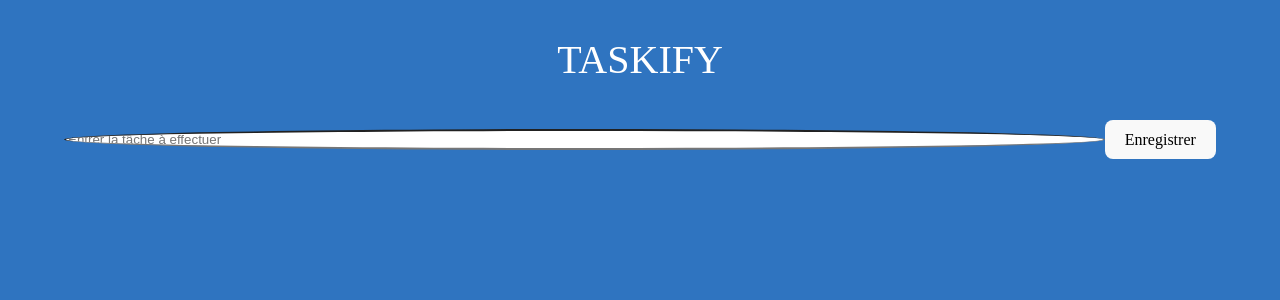
Repository: abdoulkarim20/react-ts-training
Page: /
These files come from the project's save history. The page is drawn as it stood at one moment and after the next save; the edit follows.
The browser window is 1280 px wide. The pictures show the whole page.
Some web fonts or font styles are not loaded; a fallback is used. The project was rebuilt for these pictures with package versions that can differ from the ones it lists, and the page was loaded fresh each time. Also part of the build but not shown: vite.config.ts.

Above is the page before, as saved 2024-01-23 00:04:49.

### src/App.tsx
import './App.css'
import InputField from './components/InputField'

function App() {
  return (
    <div className='App'>
      <span className='Heading'>Taskify</span>
      <InputField />
    </div>
  )
}

export default App

### src/App.css
@import url('https://fonts.googleapis.com/css2?family=Neucha&display=swap');

/* * {
  margin: 0;
  padding: 0;
  box-sizing: border-box;
  font-family: "Neucha", cursive;
} */

.App {
  width: 100vw;
  height: 100vh;
  display: flex;
  flex-direction: column;
  align-items: center;
  background-color: #2f74c0;
  font-family: "Neucha", cursive;
}

.Heading {
  text-transform: uppercase;
  font-size: 40px;
  color: white;
  margin: 30px 0;
  z-index: 1;
  text-align: center;
}

/**Media query mobile*/
@media only screen and (min-width:320px) and (max-width:767px) {}

/**Media query tablette*/
@media only screen and (min-width:768px) and (max-width:1024px) {}

/**Media query extra large*/
@media only screen and (min-width:1025px) and (max-width:1400px) {}

### src/components/InputField.tsx
import "./styles.css";
const InputField = () => {
    return (
        <form className="task-form">
            <input type="input" placeholder="Entrer la tâche à effectuer" className="input-task" />
            <button className="save-task-btn" type="submit">Enregistrer</button>
        </form>
    )
}
export default InputField

### src/components/styles.css
.task-form {
    display: flex;
    width: 90%;
    align-items: center;
}

.input-task {
    width: 100%;
    border-radius: 50%;

}

Loaded but not shown: index.html (common file); src/main.tsx (common file); src/index.css (common file)

After the next save:
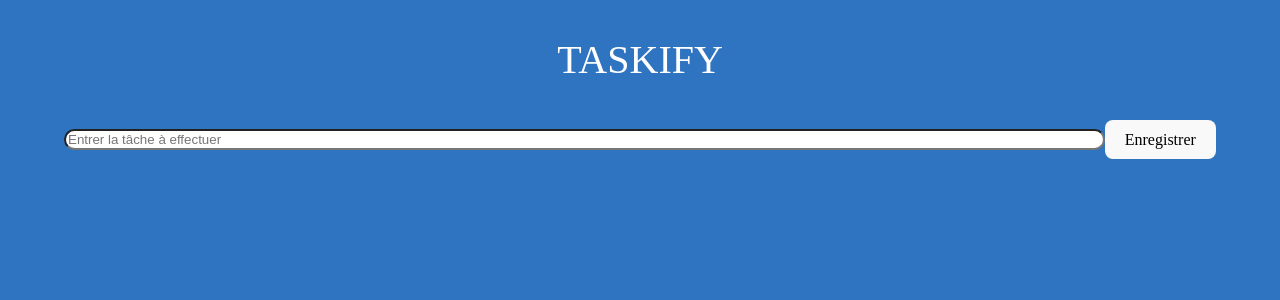
Saved 7 s later.
--- a/src/components/styles.css
+++ b/src/components/styles.css
@@ -6,6 +6,6 @@
 
 .input-task {
     width: 100%;
-    border-radius: 50%;
+    border-radius: 50px;
 
 }
